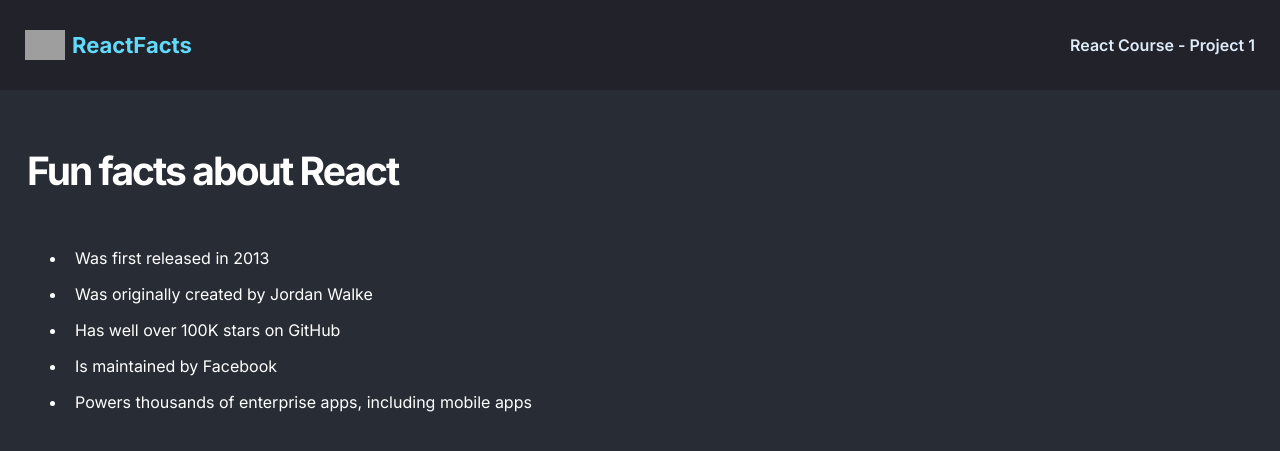
Repository: evemcd/scrimba-react2
Page: / (app in vite-react/)
The author's editor kept a copy of each file at every save. The page is drawn from the files as they stood at one save, then again after the next save.
The browser window is 1280 px wide. The pictures show the whole page.
Pictures or frames that could not be fetched are drawn as grey boxes. The project was rebuilt for these pictures with package versions that can differ from the ones it lists, and the page was loaded fresh each time. Also part of the build but not shown: vite-react/vite.config.js.

Above is the page before, as saved 2023-08-04 12:17:26.

### vite-react/index.html
<!doctype html>
<html lang="en">

<head>
  <meta charset="UTF-8" />
  <meta name="viewport" content="width=device-width, initial-scale=1.0" />
  <link rel="preconnect" href="https://fonts.googleapis.com">
  <link rel="preconnect" href="https://fonts.gstatic.com" crossorigin>
  <link
    href="https://fonts.googleapis.com/css2?family=Inter:wght@400;600;700&family=Roboto+Condensed:wght@300;400;700&family=Roboto:ital,wght@0,400;0,700;0,900;1,300&display=swap"
    rel="stylesheet">
  <link rel="stylesheet" href="./src/index.css">
  <title>ReactFacts</title>
</head>

<body>
  <div id="root"></div>
  <script type="module" src="/src/index.jsx"></script>
</body>

</html>

### vite-react/src/index.css
* {
  box-sizing: border-box;
}

body {
  margin: 0;
  font-family: Inter, sans-serif;
  background-color: #282D35;
}

nav {
  display: flex;
  align-items: center;
  background-color: #21222A;
  height: 90px;
  padding: 30px 25px;
}

.nav--icon {
  height: 30px;
  margin-right: 7px;
}

.nav--logo_text {
  color: #61DAFB;
  margin: 0;
  margin-right: auto;
  font-weight: 700;
  font-size: 22px;
}

.nav--title {
  margin: 0;
  color: #DEEBF8;
  font-weight: 600;
}

main {
  color: #FFFFFF;
  padding: 57px 27px;
}

.main--title {
  margin: 0;
  /* padding: 40px 25px 20px 25px; */
  font-size: 39px;
  letter-spacing: -0.05em;
}

.main--facts {
  margin-top: 46px;
}

.main--facts>li {
  padding: 8px;
  font-size: 16px;
}

### vite-react/src/index.jsx
import React from 'react'
import ReactDOM from 'react-dom'
import App from './App.jsx'



ReactDOM.render(
  <App />,
  document.getElementById('root'))

### vite-react/src/App.jsx
import React from 'react'
import Navbar from './components/Navbar.jsx'
import Main from './components/Main.jsx'

export default function App() {
    return (
        <div className="container">
            <Navbar />
            <Main />
        </div>
    )
}

### vite-react/src/components/Navbar.jsx
import '../index.css'

export default function Navbar() {
    return (
        <nav>
            <img src="../../public/img/react-logo.png" className='nav--icon' />
            <h3 className='nav--logo_text'>ReactFacts</h3>
            <h4 className='nav--title'>React Course - Project 1</h4>
        </nav>
    )
}

### vite-react/src/components/Main.jsx
export default function Main() {
    return (
        <main>
            <h1 className="main--title">Fun facts about React</h1>
            <ul className="main--facts">
                <li className="listElements">Was first released in 2013</li>
                <li className="listElements">Was originally created by Jordan Walke</li>
                <li className="listElements">Has well over 100K stars on GitHub</li>
                <li className="listElements">Is maintained by Facebook</li>
                <li className="listElements">Powers thousands of enterprise apps, including mobile apps</li>
            </ul>
        </main>
    )
}

After the next save:
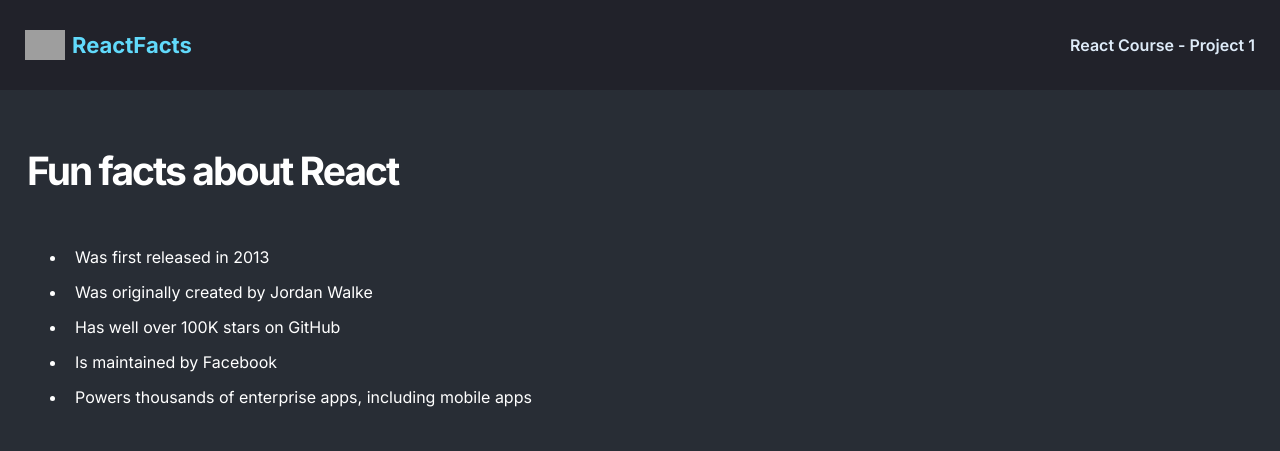
Saved 12 s later.
--- a/vite-react/src/index.css
+++ b/vite-react/src/index.css
@@ -52,6 +52,7 @@ main {
 }
 
 .main--facts>li {
+  line-height: 19px;
   padding: 8px;
   font-size: 16px;
 }
